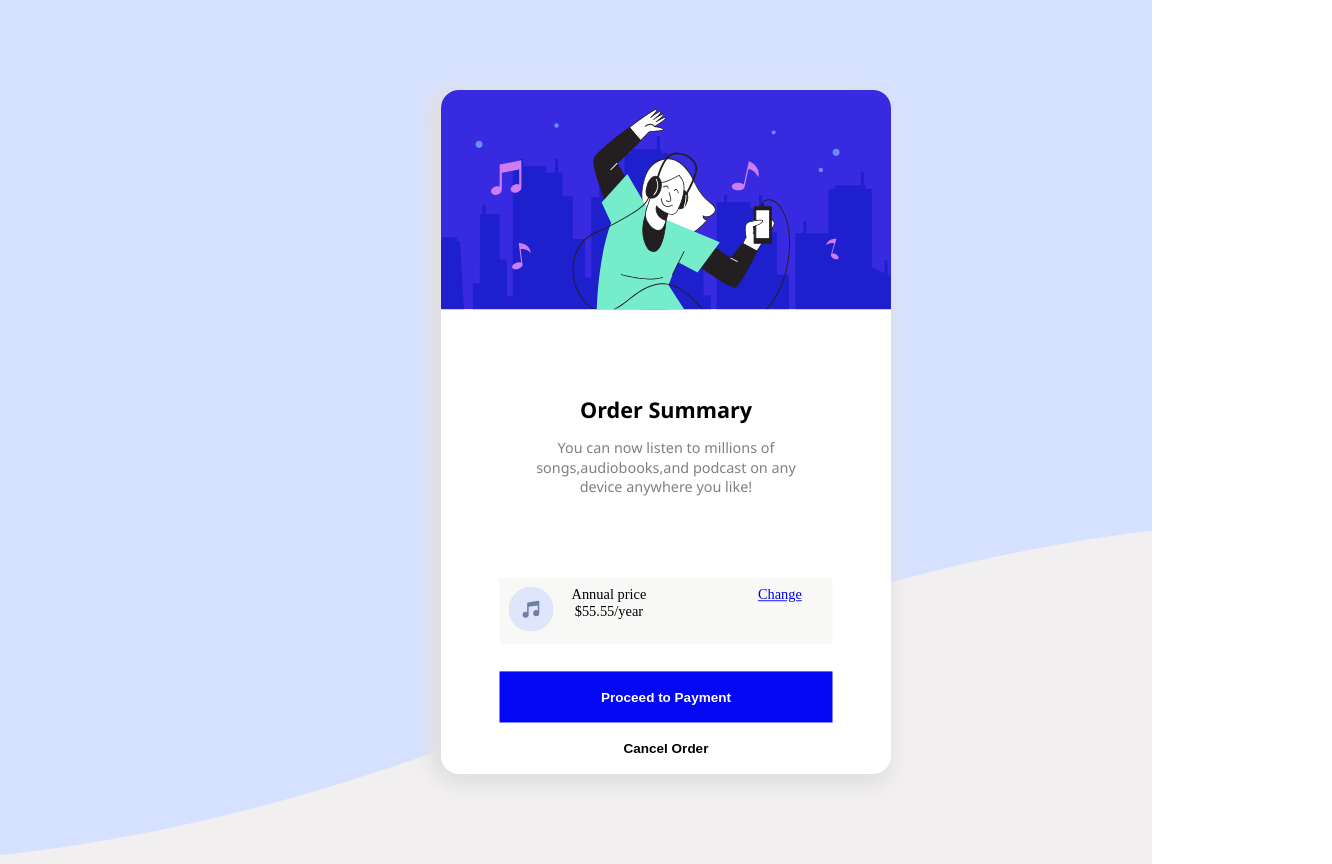
Repository: Eugene44-hub/newbie-project
Page: index.html
An editor plug-in stored every save of this project. The page is shown before and after the next save, followed by the edit.
The browser window is 1280 px wide. The page is 1480 px wide, then 1280 px, so the pictures cover 1480 px, including what lies to the right of the window. The pictures show the whole page, at 90% of full size.

Above is the page before, as saved 2021-08-29 09:41:37.

After the next save:
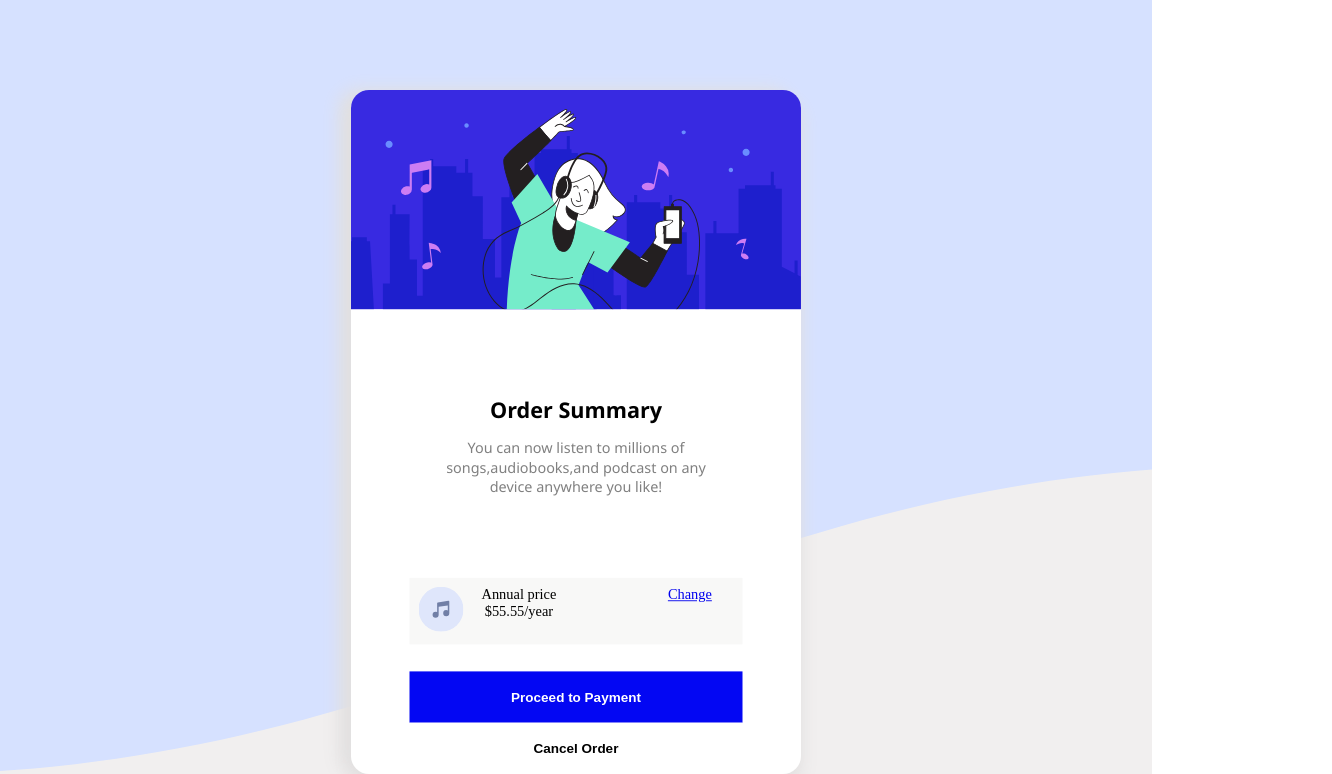
Saved 11 s later.
--- a/style.css
+++ b/style.css
@@ -15,7 +15,7 @@
     display: flex;
     justify-content: center;
     width: 100%;
-    padding: 100px;
+    padding-top: 100px;
 }
 
 img {
